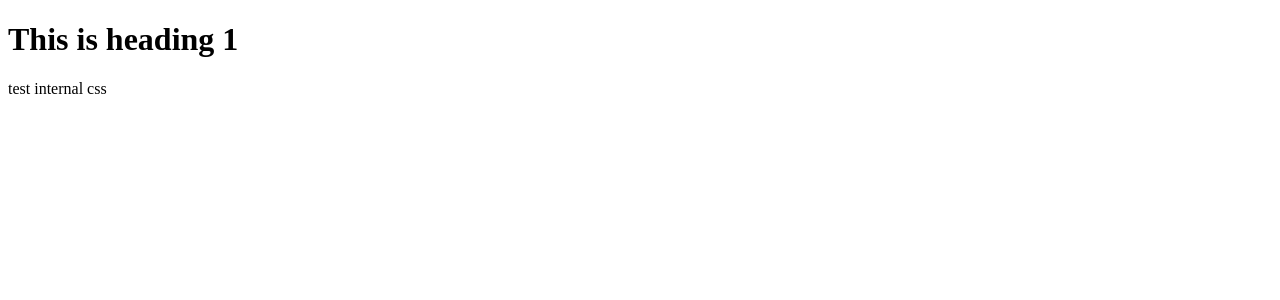
Repository: congle98/CSS_CachNhungCSS
Page: index.html
An editor plug-in stored every save of this project. The page is shown before and after a run of saves, followed by the edit.
The browser window is 1280 px wide. The pictures show the whole page.

Above is the page before, as saved 2021-05-26 11:53:05.

After the next 2 saves:
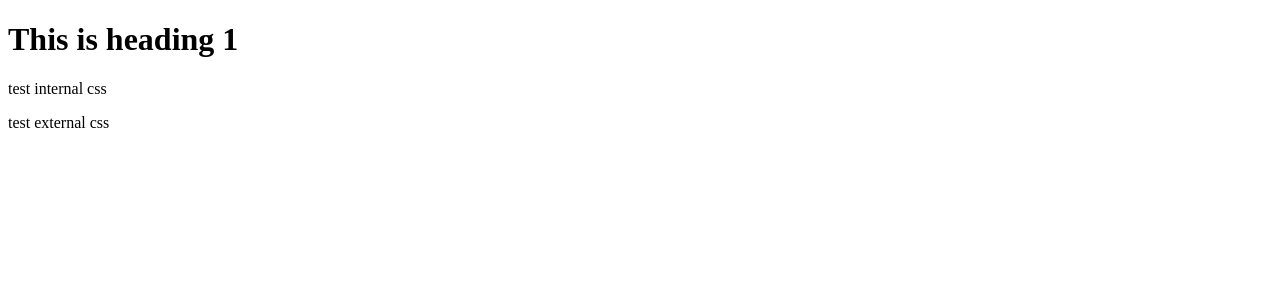
The 2 saves are shown as one change because they came seconds apart.
The last was saved 7 s later.
--- a/index.html
+++ b/index.html
@@ -9,5 +9,6 @@
 <body>
     <h1>This is heading 1</h1>
     <p>test internal css</p>
+    <p>test external css</p>
 </body>
 </html>
